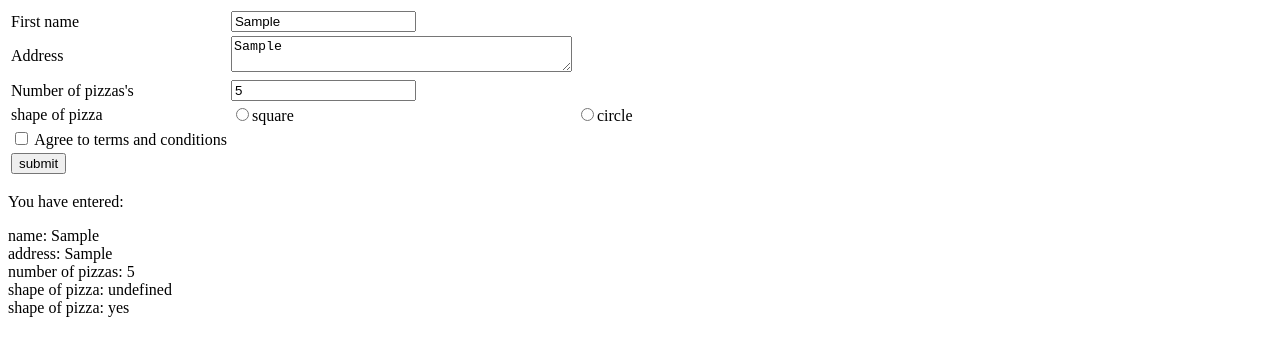
Repository: PoojaShirwaikar/BlockhainTest
Page: javascript/jQueryAssignment2/WebContent/ques12.html
The author's editor kept a copy of each file at every save. The page is drawn from the files as they stood at one save, then again after the next save.
The browser window is 1280 px wide. The pictures show the whole page.
Empty fields were first filled with sample values (such as "Sample", 5 or name@example.com).
After loading, the first visible `#submit1` was clicked once.
Some web libraries are served in a nearby version.

Above is the page before, as saved 2017-11-14 13:19:01.

After the next save:
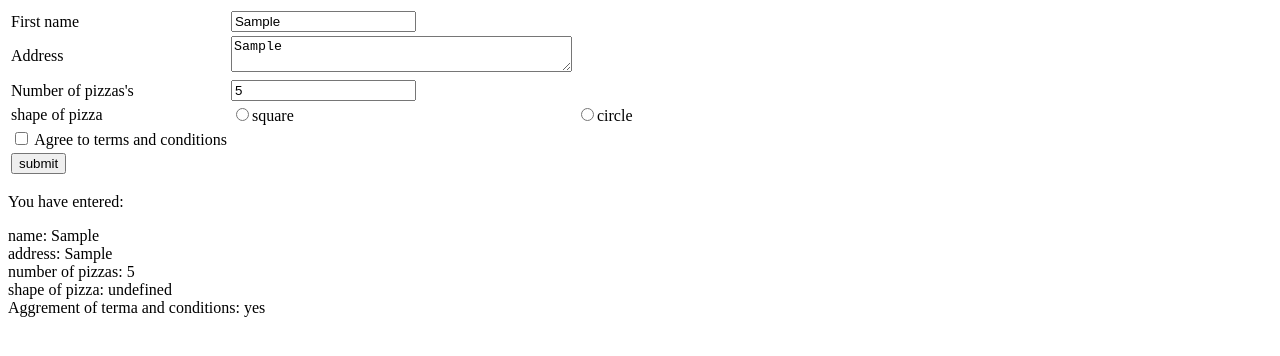
Saved 18 s later.
--- a/javascript/jQueryAssignment2/WebContent/ques12.html
+++ b/javascript/jQueryAssignment2/WebContent/ques12.html
@@ -14,7 +14,8 @@
 							+ "number of pizzas: " + $("#numberofpizza").val()
 							+ "<br>" + "shape of pizza: "
 							+ $("input[name='shape']:checked").val() + "<br>"
-							+ "shape of pizza: "+$("#checkbox1").val();
+							+ "Aggrement of terma and conditions: "
+							+ $("#checkbox1").val();
 
 					$("#div1").html(
 							"<p>You have entered:</p><p>" + text + "</p>");
